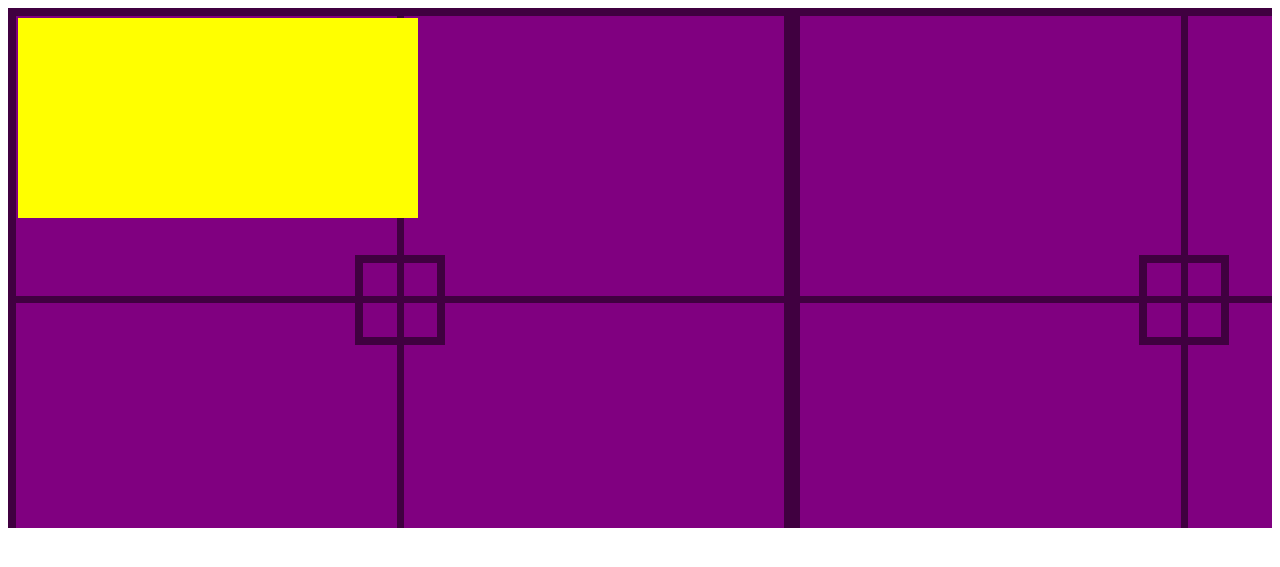
Repository: Leonngc/html-css
Page: Exercicios/ex023/fundo007.html
These files come from the project's save history. The page is drawn as it stood at one moment and after a run of saves; the edit follows.
The browser window is 1280 px wide. The pictures show the whole page.

Above is the page before, as saved 2022-10-27 19:46:59.

After the next 4 saves:
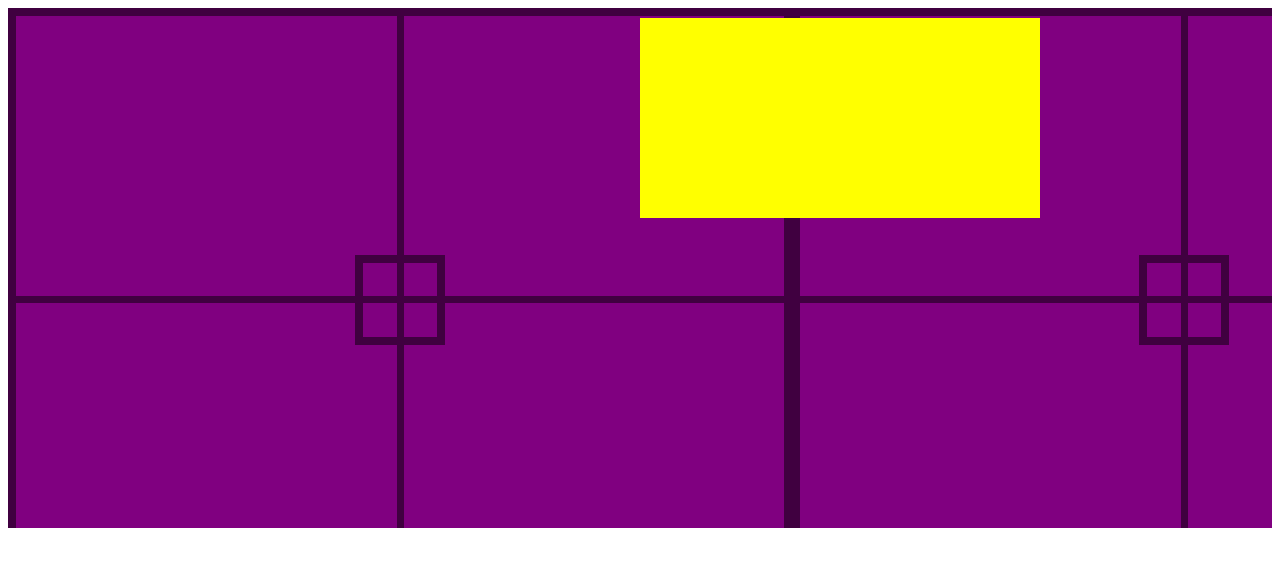
The 4 saves are shown as one change because they came seconds apart.
The last was saved 9 s later.
--- a/Exercicios/ex023/fundo007.html
+++ b/Exercicios/ex023/fundo007.html
@@ -20,7 +20,8 @@
             width: 400px;
             background-color: yellow;
 
-
+            left: 50%;
+            top
         }
     </style>
 </head>
